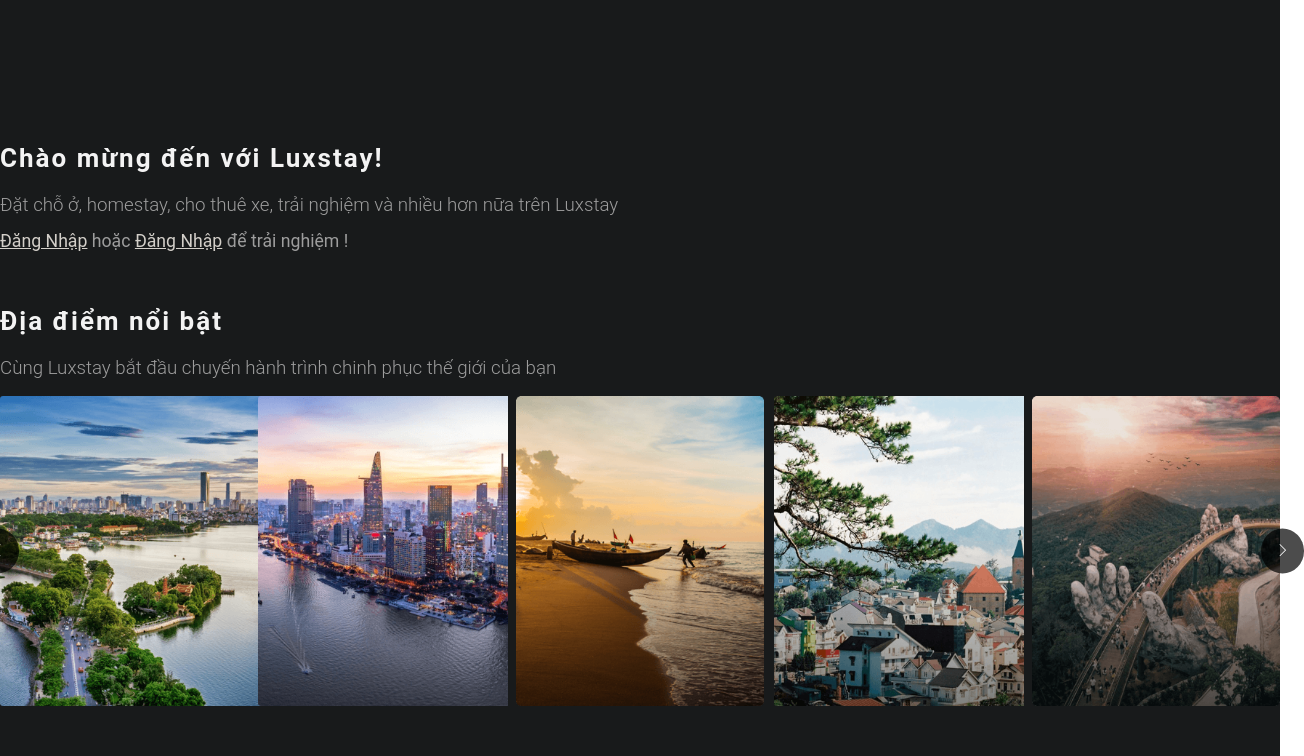
Repository: thuong22062004/Luxstay
Page: index.html
An editor plug-in stored every save of this project. The page is shown before and after the next save, followed by the edit.
The browser window is 1280 px wide. The page is 1304 px wide, so the pictures cover 1304 px, including what lies to the right of the window. The pictures show the whole page.
Some web libraries are served in a nearby version.

Above is the page before, as saved 2021-11-21 08:20:43.
Console error: TypeError: Cannot read properties of undefined (reading 'offsetWidth')

After the next save:
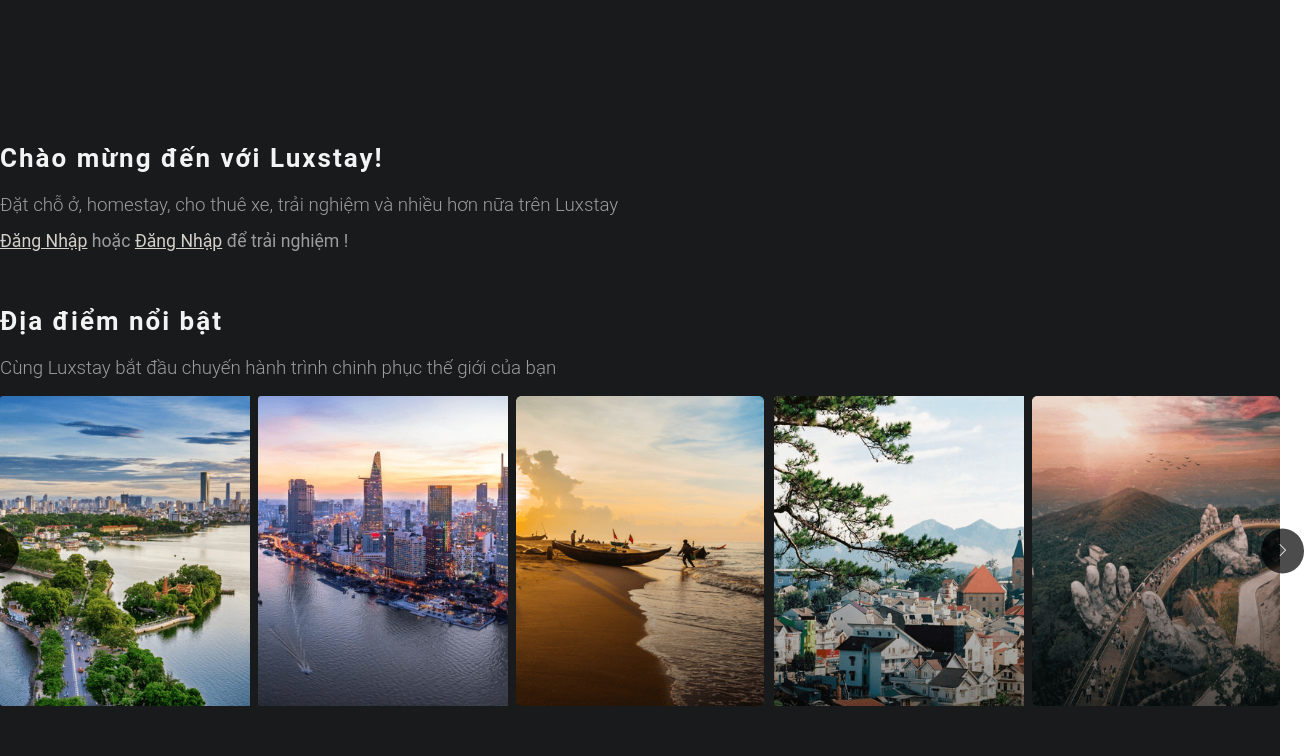
Saved 51 s later.
--- a/index.html
+++ b/index.html
@@ -179,7 +179,7 @@
                 <div class="grid">
                 <div class="row slider__slick-site">
                     <div class="col l-2 c-12">
-                        <a class="img__local-list">
+                        <div class="img__local-list">
                                 <img src="./img/ảnh HA NOI.png" alt="" class="img__local-item">
                                 <div class="text__site-number">
                               <div class="contain__location-control">
@@ -187,7 +187,7 @@
                                <p class="text-numofguest">2657 Chỗ ở</p>
                               </div>
                         </div>
-                    </a>
+                    </div>
                 </div>
                 <div class="col l-2 c-12">
                     <div class="img__local-list">
